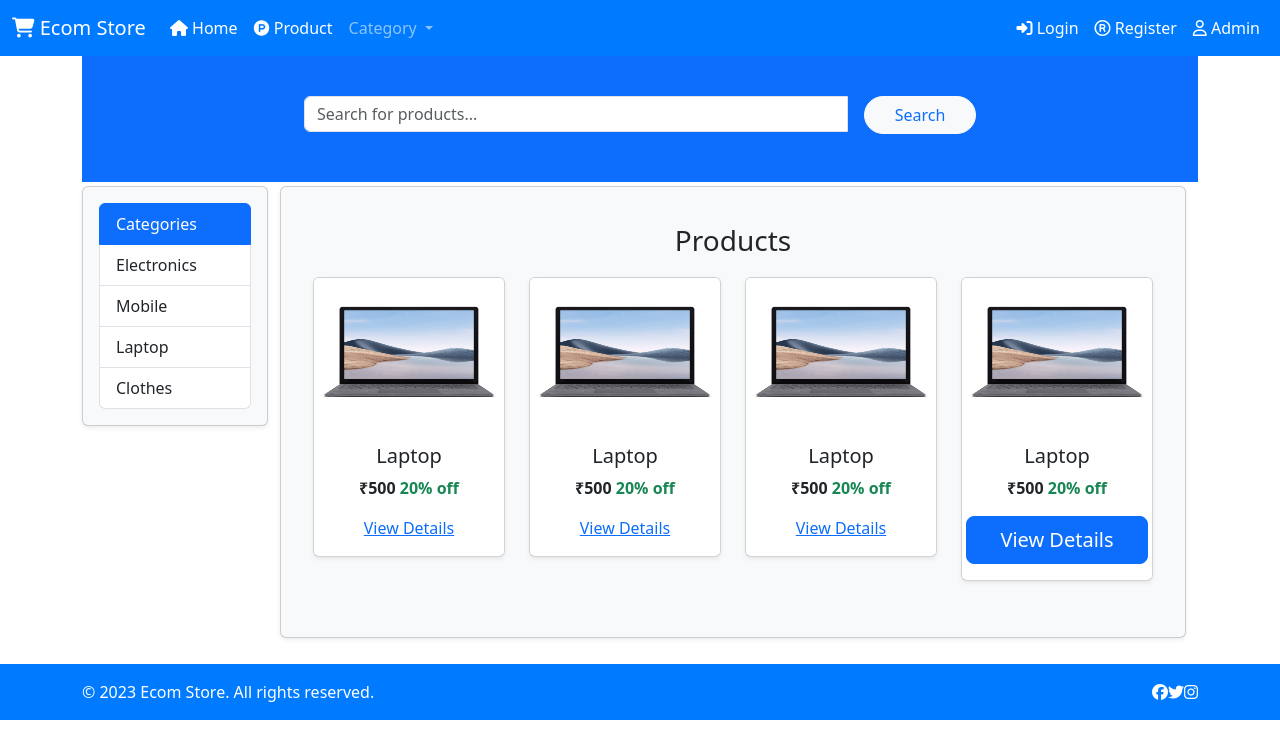
Repository: Deva-bot/EcomProject
Page: http://localhost/product
An editor plug-in stored every save of this project. The page is shown before and after the next save, followed by the edit.
The browser window is 1280 px wide. The pictures show the whole page.
The page is this project's Thymeleaf template; nobody is signed in. The template is opened directly, without the code that normally fills it, so the values that code supplies are empty.

Above is the page before, as saved 2024-07-13 03:11:38.

After the next save:
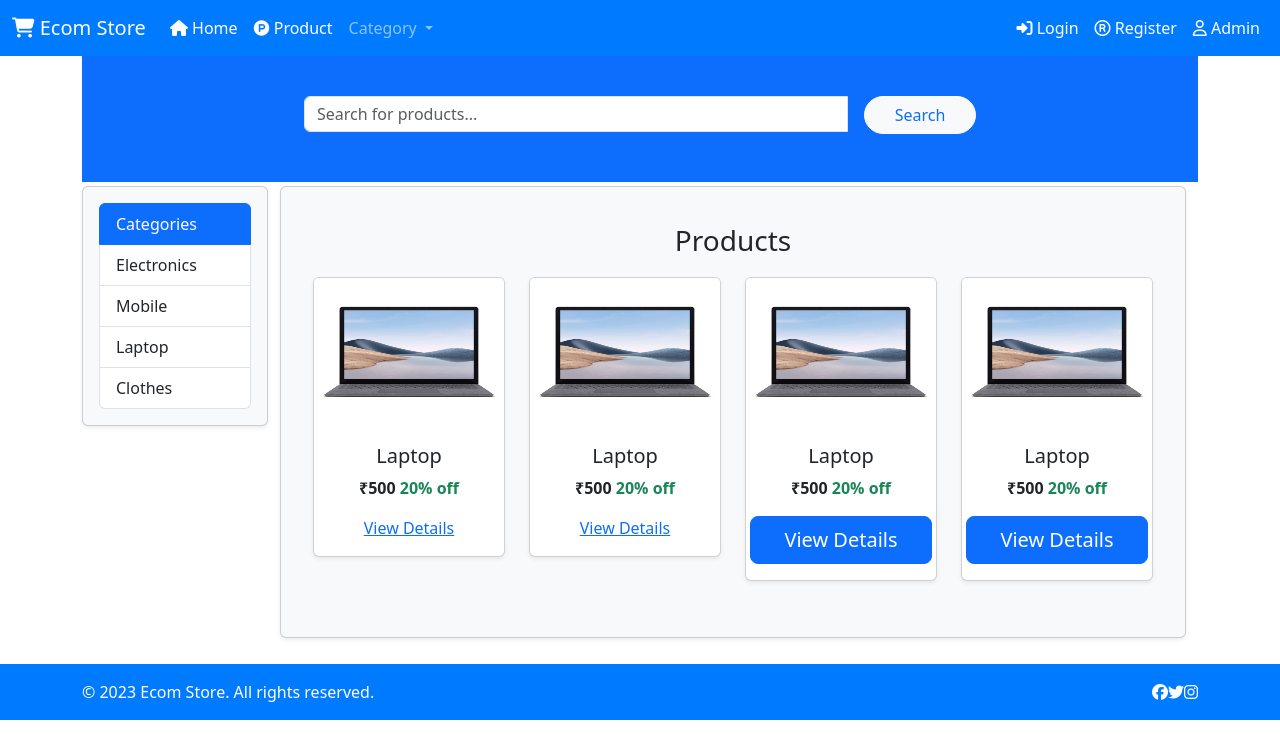
Saved 14 s later.
--- a/Shopping_Cart/src/main/resources/templates/product.html
+++ b/Shopping_Cart/src/main/resources/templates/product.html
@@ -78,8 +78,8 @@
 											<h5 class="card-title text-center">Laptop</h5>
 											<div class="row text-center">
 												<p class="fs-6 fw-bold">₹500 <span class="fs-6 text-success">20%
-														off</span></p><a href="/viewproduct"
-													>View Details</a>
+														off</span></p>
+													<a href="/viewproduct" class="btn btn-primary btn-lg">View Details</a>
 											</div>
 										</div>
 									</div>
